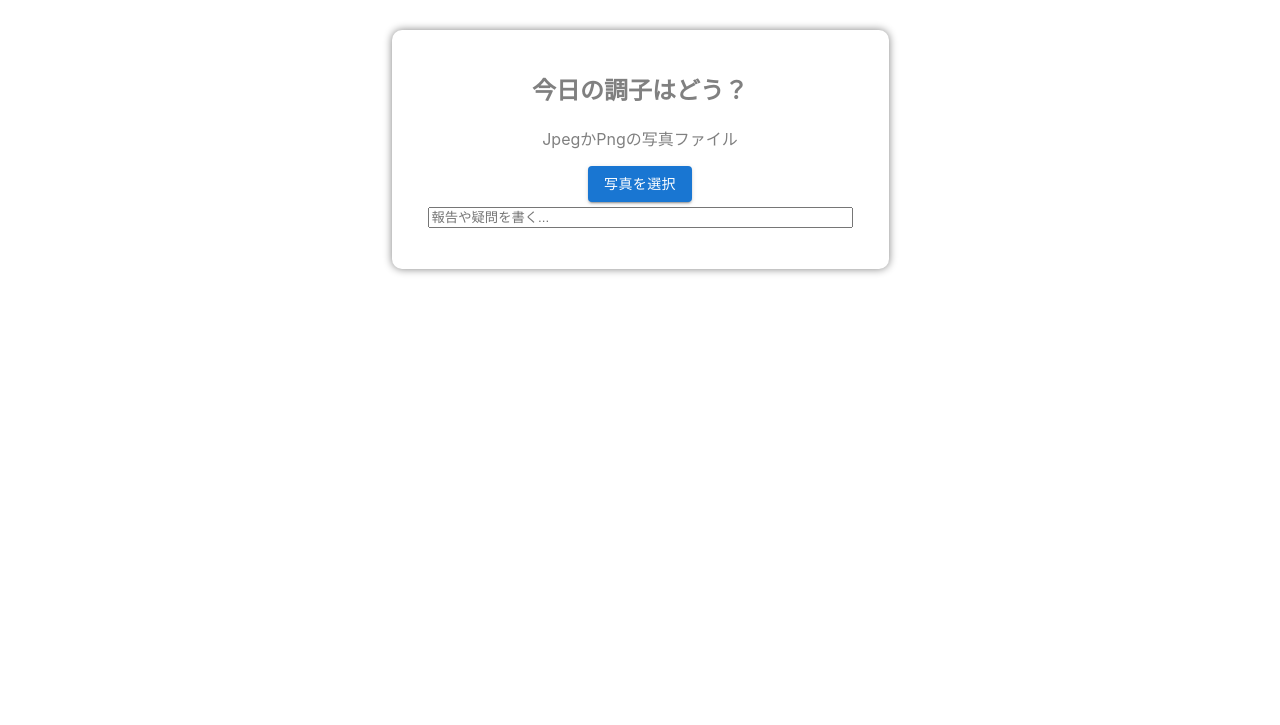
Repository: Seiya00002/seeds_surfers_react_sns
Page: /
These files come from the project's save history. The page is drawn as it stood at one moment and after the next save; the edit follows.
The browser window is 1280 px wide. The pictures show the whole page.
The page's requests for data from a server got no answer. The project was rebuilt for these pictures with package versions that can differ from the ones it lists, and the page was loaded fresh each time. No one was signed in, and anything a server would have sent is missing. Also part of the build but not shown: src/Post.css, src/Post.tsx.

Above is the page before, as saved 2023-08-03 07:46:44.

### src/App.tsx
import React from 'react';
import './App.css';
import { db, storage } from './firebase';
import { useEffect, useState, useRef } from "react";
import { collection, query, orderBy, getDocs, QuerySnapshot } from "firebase/firestore";
import { doc, onSnapshot } from 'firebase/firestore';
import Post from './Post';
import PostUploader from './PostUploader';

function App() {
  const [posts, setPosts] = useState<any>([]);
  // const containerRef = useRef<HTMLDivElement>(null);

  useEffect(() => {
    const q = query(collection(db, 'posts'), orderBy('timestamp', 'desc'));

    const unsubscribe = onSnapshot(q, (querySnapshot) => {
      const postsData = querySnapshot.docs.map((doc) => doc.data());
      setPosts(postsData);
    });

    return () => {
      // コンポーネントがアンマウントされる際にunsubscribeを行う
      unsubscribe();
    };
  }, []);

  // useEffect(() => {
  //   const container = containerRef.current;
  //   if(container){
  //   const scrollHeight = container.scrollHeight;
  //   const scrollTop = container.scrollTop;
  //   const offsetHeight = container.offsetHeight;

  //   container.scrollTop = scrollHeight - (scrollTop + offsetHeight);
  //   }
  // }, [posts]);

  return(
    <div className="App">
      <PostUploader />
      {posts.map((post:any) => (
        <Post key={post.timestamp} post={post} />
      ))}
    </div>
  );
}

export default App;

// 8/2 表示が不具合　・画面が上に推移し消えてしまう

### src/App.css
.App {
  text-align: center;
  display: flex;
  justify-content: center;
  align-items: center;
  width: 100%;
  /* height: 100vh; */
  flex-flow: column;
}

### src/firebase.tsx
import { initializeApp } from "firebase/app";
import { getFirestore } from "firebase/firestore";
import { getStorage } from "firebase/storage";


const firebaseConfig = {
  apiKey: "AIzaSyDRiOj3JAcuLe6c_Ms2hhsjBCCb8lLwSGU",
  authDomain: "seeds-surfers-react-sns.firebaseapp.com",
  projectId: "seeds-surfers-react-sns",
  storageBucket: "seeds-surfers-react-sns.appspot.com",
  messagingSenderId: "1087322797942",
  appId: "1:1087322797942:web:be61f4173bd538ec6e2c57"
};

const app = initializeApp(firebaseConfig);

export const storage = getStorage(app);

export const db = getFirestore(app);

// export default db;
// export default storage;

### src/PostUploader.tsx
import React, { useState}  from "react";
import ImageLogo from "./image.svg";
import "./PostUploader.css";
import { Button } from '@mui/material';
import { db, storage } from "./firebase";
import { ref, uploadBytesResumable, getDownloadURL } from "firebase/storage";
import firebase from "firebase/app";
import "firebase/firestore";
import { addDoc, collection, serverTimestamp } from "firebase/firestore";
import Post from "./Post";


function PostUploader() {
  const [loading, setLoading] = useState<boolean>(false);
  const [isUpLoaded, setUploaded] = useState<boolean>(false);
  const [text, setText] = useState<string>("");
  const [fileUrl, setFileUrl] = useState<any>("");

  const OnFileUploadToFirebase = (e:any) => {
        const file = e.target.files[0];
        const storageRef = ref(storage, 'image/' + file.name);
        const uploadImage = uploadBytesResumable(storageRef, file);

        setLoading(true);

        uploadImage.then((snapshot) => {
          setLoading(false);
          setUploaded(true);
          return getDownloadURL(snapshot.ref);
        })
        .then((url) => {
          setFileUrl(url);
        })
        .catch((error: any) => {
          setLoading(false);
          console.error("画像のアップロードに失敗しました。:", error);
        });
  };

  const onTextUploadToFirebase = () => {
    addDoc(collection(db, "posts"), {
      text:text,
      imageUrl:fileUrl,
      timestamp: serverTimestamp(),
    })
    .then(()=>{
      console.log("投稿が完了しました！");
      setText("");
      setFileUrl("");
      setUploaded(false);
    })
    .catch((error: any) => {
      console.error("エラーが発生しました。:",error);
    });
  };

  return (
    <>
      {loading ?(
        <h2>画像アップロード中・・・</h2>
      ) : (
        <>
          {isUpLoaded ? (
            <>
              <div className="outerBox">
                <h2>画像アップロード完了しました！</h2>

                <form id="post">
                  <label>
                    <input
                      type="text"
                      placeholder="報告や疑問を書く..."
                      size={50}
                      maxLength={500}
                      value={text}
                      onChange={e => setText(e.target.value)}
                    />
                  </label>
                  </form>
                  <input
                    type="button"
                    form="post"
                    value="Post"
                    onClick={onTextUploadToFirebase}
                  />
              </div>
            </>
            ) : (
              <div className="outerBox">
                <div className="title">
                  <h2>今日の調子はどう？</h2>
                  <p>JpegかPngの写真ファイル</p>
                </div>
                {/* <div className="imageUplodeBox">
                  <div className="imageLogoAndText">
                    <img src={ImageLogo} alt="imagelogo" />
                    <p>ここにドラッグ＆ドロップしてね</p>
                  </div>
                  <input
                  className="imageUploadInput"
                  multiple name="imageURL"
                  type="file"
                  accept=".png, .jpeg, .jpg"
                  onChange={OnFileUploadToFirebase}
                  />
                </div> */}
                {/* <p>または</p> */}
                <Button variant="contained">
                  写真を選択
                  <input
                  className="imageUploadInput"
                  type="file"
                  accept=".png, .jpeg, .jpg"
                  onChange={OnFileUploadToFirebase}
                  />
                </Button>
                <form id="post">
                  <label>
                    <input
                      type="text"
                      placeholder="報告や疑問を書く..."
                      className="textPost"
                      size={50}
                      maxLength={500}
                      value={text}
                      onChange={e => setText(e.target.value)}
                    />
                  </label>
                  </form>
                  <input
                    type="button"
                    className="textUploadInput"
                    form="post"
                    value="Post"
                    onClick={onTextUploadToFirebase}
                  />
              </div>
            )
          }
        </>
      )}
    </>
  );
};

export default PostUploader;

### src/PostUploader.css
.outerBox {
    margin: 30px 0;
    display: flex;
    flex-direction: column;
    align-items: center;
    justify-content: center;
    text-align: center;
    border: none;
    padding: 36px;
    border-radius: 10px;
    box-shadow: 0px 0px 8px gray;
    color: gray;
  }

  .outerBox h2 {
    font-weight: 600;
    margin-top: 5px;
  }

  .imageUplodeBox {
    border: 2px dashed #2d6395;
    padding: 35px 60px;
    position: relative;
  }

  .imageLogoAndText p {
    margin-bottom: 0px;
  }

  .imageUploadInput {
    opacity: 0;
    position: absolute;
    top: 0;
    left: 0;
    width: 100%;
    height: 100%;
    cursor: pointer;
  }

  .textPost {
    margin: 5px 0;
  }

  .textUploadInput {
    margin: 5px 0;
    opacity: 0;
    position: absolute;
    top: 0;
    left: 0;
    width: 100%;
    height: 100%;
    cursor: pointer;
  }

Loaded but not shown: public/index.html (common file); src/index.tsx (common file); src/index.css (common file); src/reportWebVitals.ts (common file)

After the next save:
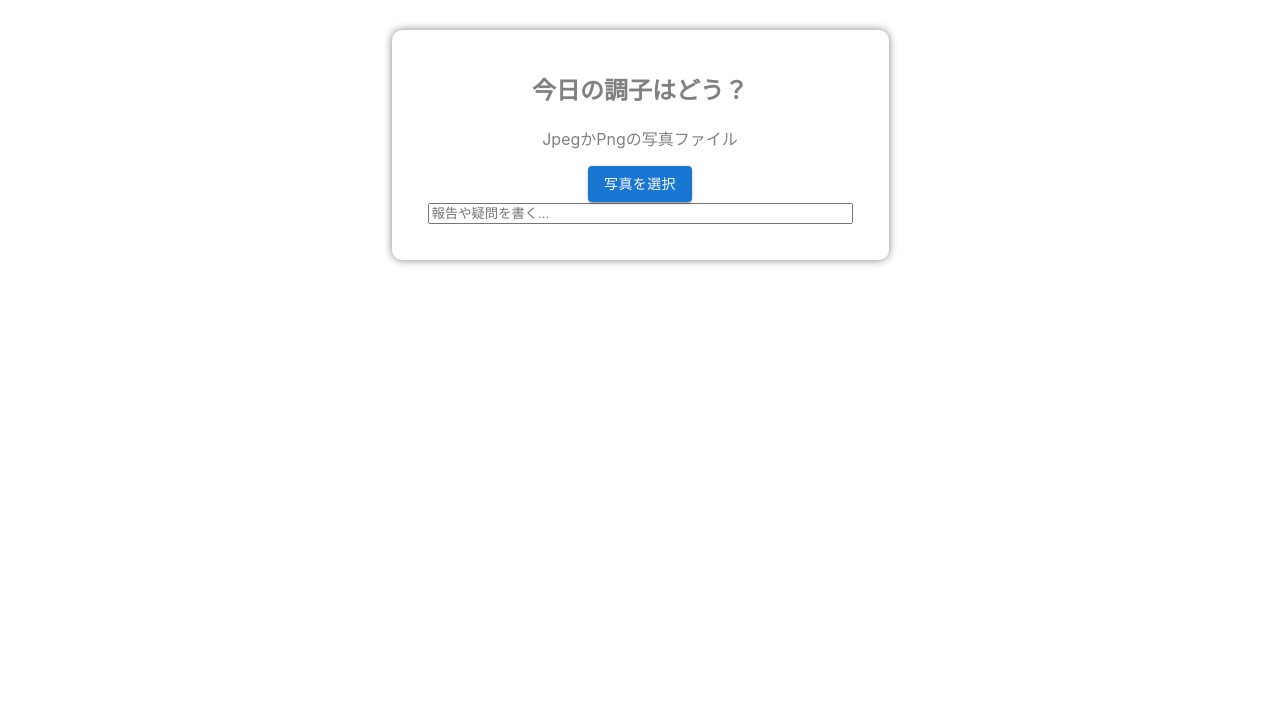
Saved 13 s later.
--- a/src/PostUploader.css
+++ b/src/PostUploader.css
@@ -37,9 +37,9 @@
     cursor: pointer;
   }
 
-  .textPost {
+  /* .textPost {
     margin: 5px 0;
-  }
+  } */
 
   .textUploadInput {
     margin: 5px 0;

After the save that followed:
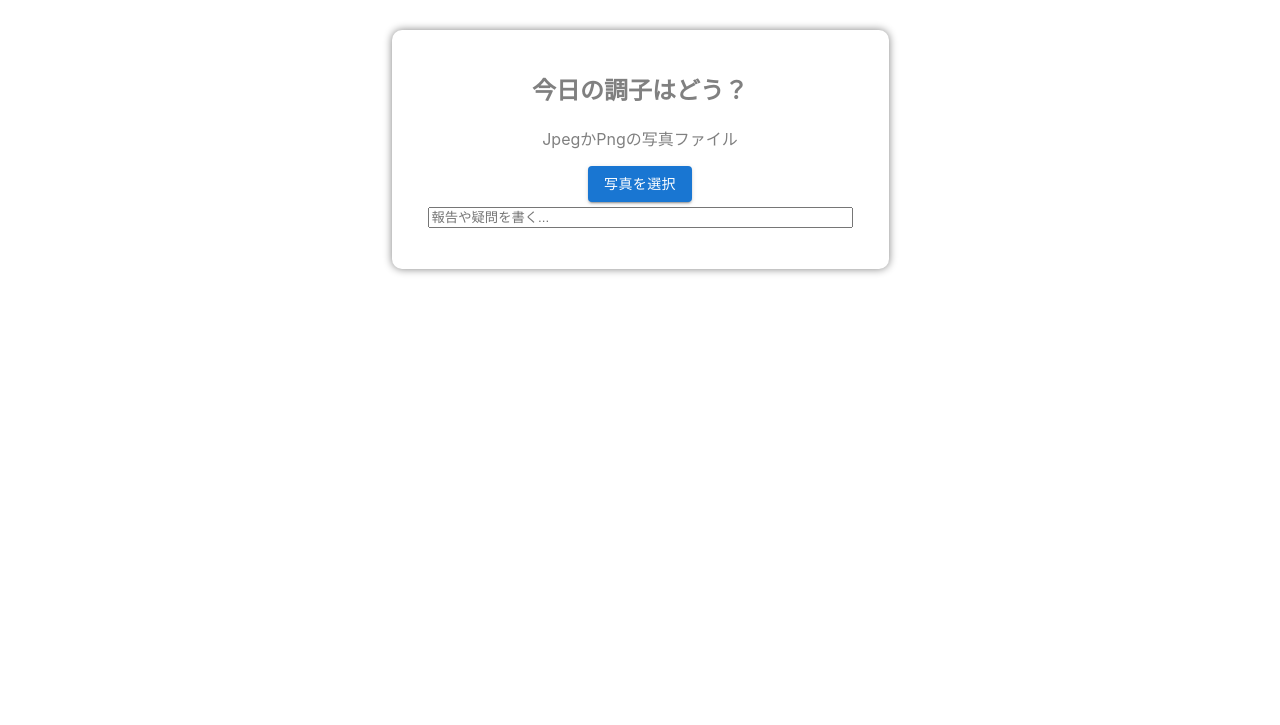
Saved 7 s later.
--- a/src/PostUploader.css
+++ b/src/PostUploader.css
@@ -37,9 +37,9 @@
     cursor: pointer;
   }
 
-  /* .textPost {
+  .textPost {
     margin: 5px 0;
-  } */
+  }
 
   .textUploadInput {
     margin: 5px 0;
